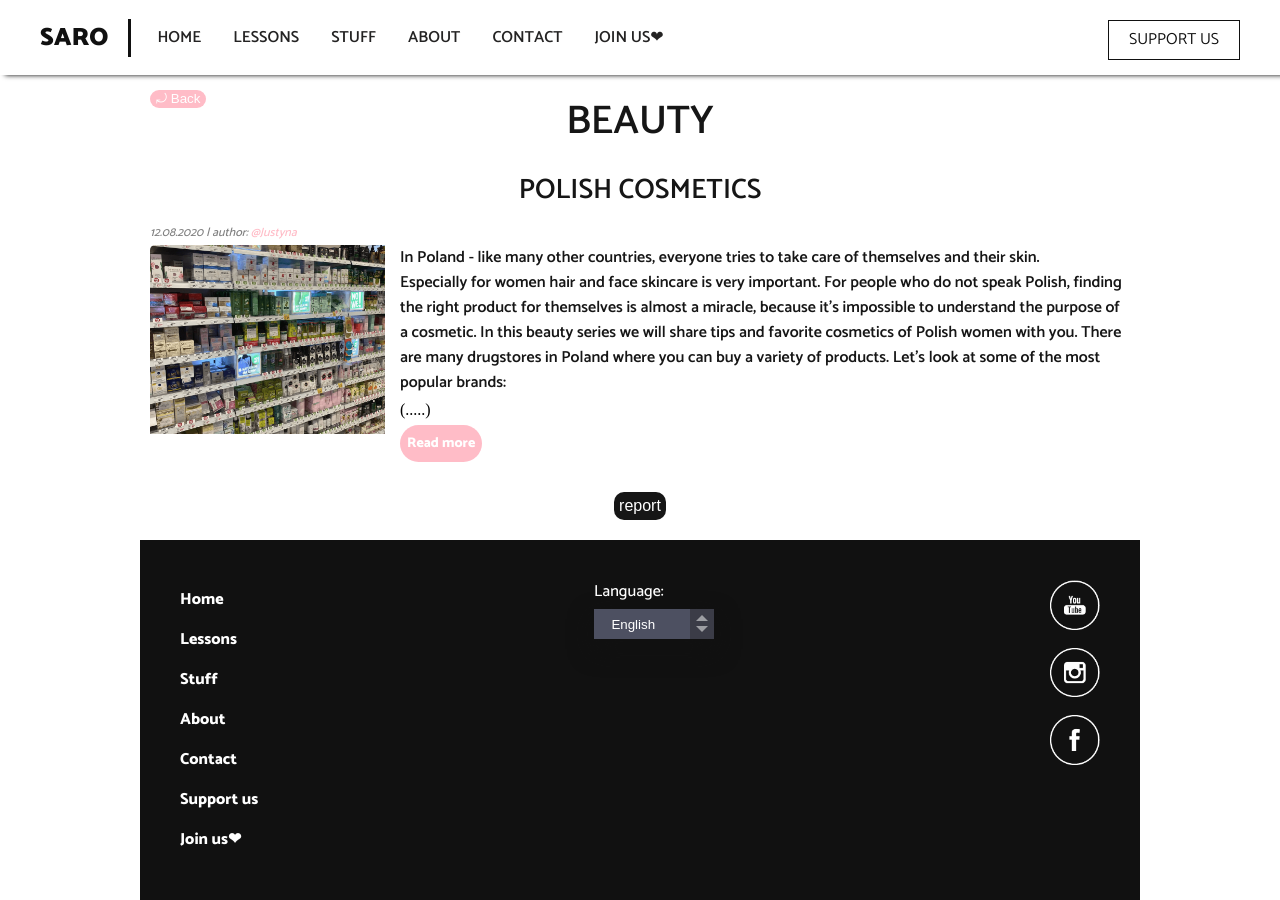
Repository: michalskirobert/SARO
Page: stuff/beauty.html
An editor plug-in stored every save of this project. The page is shown before and after the next save, followed by the edit.
The browser window is 1280 px wide. The pictures show the whole page.
Some web libraries are served in a nearby version.

Above is the page before, as saved 2020-11-07 13:20:07.

After the next save:
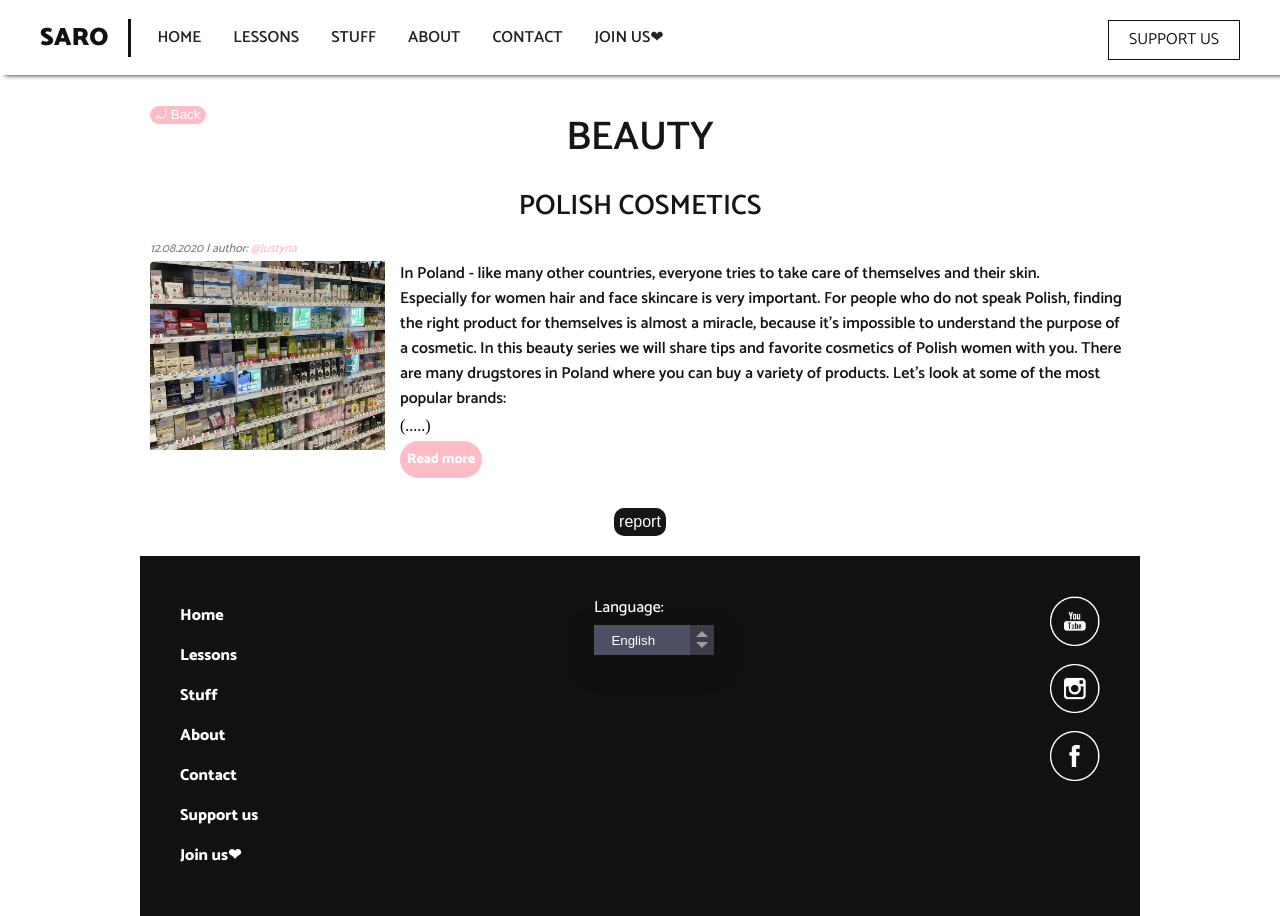
Saved 23 s later.
--- a/stuff/beauty.html
+++ b/stuff/beauty.html
@@ -17,9 +17,7 @@
     <meta property="og:image:type" content="image/png">
     <meta property="og:image:width" content="1024">
     <meta property="og:image:height" content="1024">
-    <script defer type="text/javascript"
-        src="//www.3dcart.com/lp/cookie-law-generator/cookie.js?skin=cookielaw3&amp;animation=shake&amp;msg=We%20use%20cookies%20to%20understand%20how%20you%20use%20our%20site%20and%20to%20improve%20your%20experience.%20This%20includes%20personalizing%20content%20and%20advertising.%20To%20learn%20more%2C%20%5Burl%3Dhttps%3A%2Fsaro.website%2Flearnmore%5Dclick%20here%5B%2Furl%5D.%20By%20continuing%20to%20use%20our%20site%2C%20you%20accept%20our%20use%20of%20cookies%2C%20revised%5Burl%3Dhttps%3A%2F%2Fsaro.website%2Flearnmore%5D%20Privacy%20Policy%20and%20Terms%20of%20Use%5B%2Furl%5D.%20Our%20website%20is%20free%20of%20charged%20so%20why%20we%20need%20to%20add%20some%20ads%20to%20keep%20our%20domain%20and%20hosting.&amp;learnmore=Learn%20more%20about%20cookies&amp;morelink=https%3A%2F%2Fpolicies.google.com%2Ftechnologies%2Fcookies%3Fhl%3Den-US"></script>
-    <script defer data-ad-client="ca-pub-5704095251892500"
+    <script defer src="https://saro.website/assets/js/cookie.js"></script>
         src="https://pagead2.googlesyndication.com/pagead/js/adsbygoogle.js"></script>
     <link rel="stylesheet" href="./../assets/style/css/style.css">
     <title>Welcome to SARO - Beauty</title>
